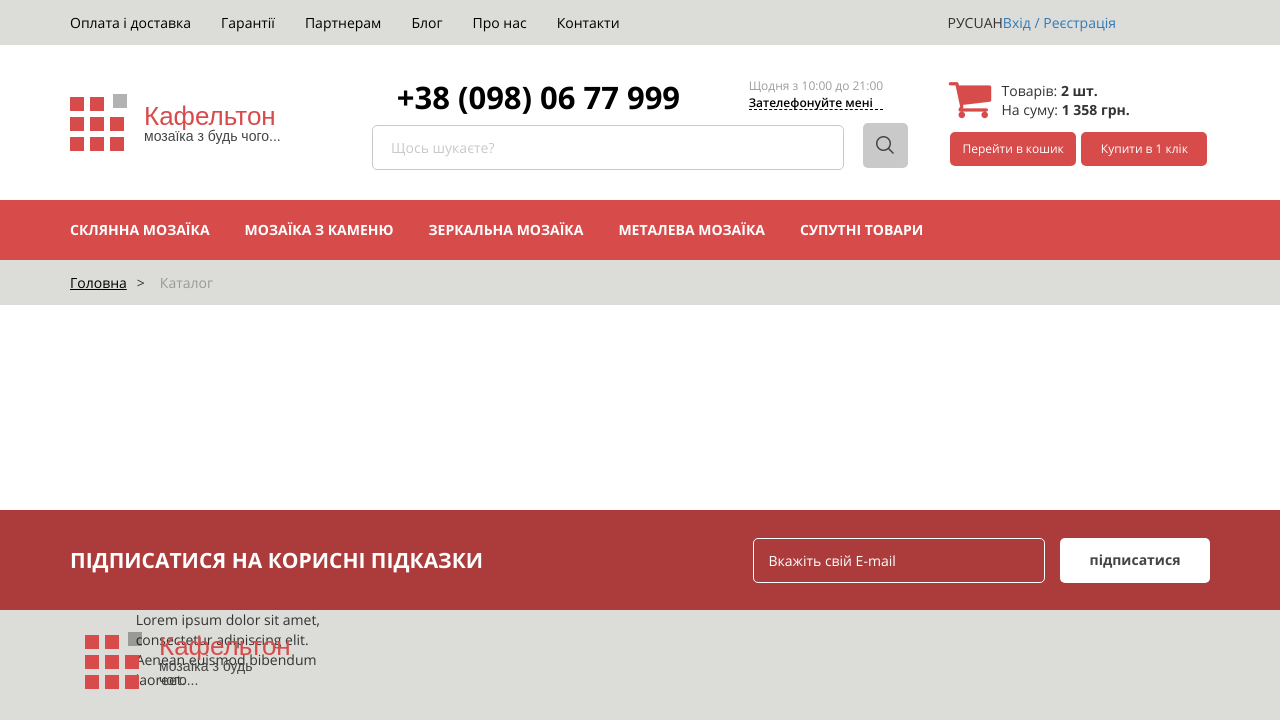
Repository: zellenka/mozaika
Page: app/index.html
The author's editor kept a copy of each file at every save. The page is drawn from the files as they stood at one save, then again after the next save.
The browser window is 1280 px wide. The pictures show the whole page.
Some web fonts or font styles are not loaded; a fallback is used. The style sheet was rebuilt from its Sass, Less or Tailwind sources for each picture, by a compiler version that may differ from the author's.

Above is the page before, as saved 2018-07-13 16:10:53.
Console error (its wording comes from the project's code and is left out).

After the next save:
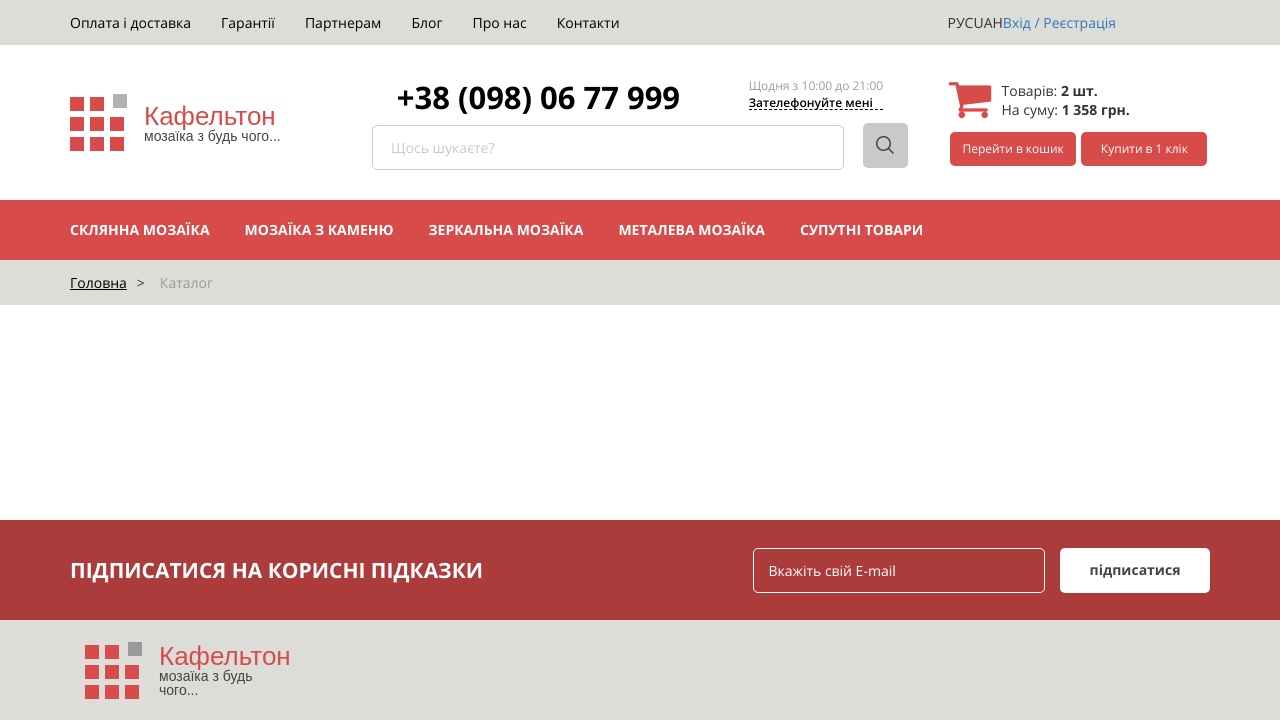
Saved 42 s later.
--- a/app/index.html
+++ b/app/index.html
@@ -133,9 +133,7 @@
 										<p class="header__middle-logo-slogan">мозаїка з будь чого...</p>
 								</div>
 						</a>
-						<p>Lorem ipsum dolor sit amet,
-								consectetur adipiscing elit. Aenean
-								euismod bibendum laoreet.</p>
+
 								<div>
 									<a href=""><img src="" alt=""></a>
 									<a href=""><img src="" alt=""></a>
